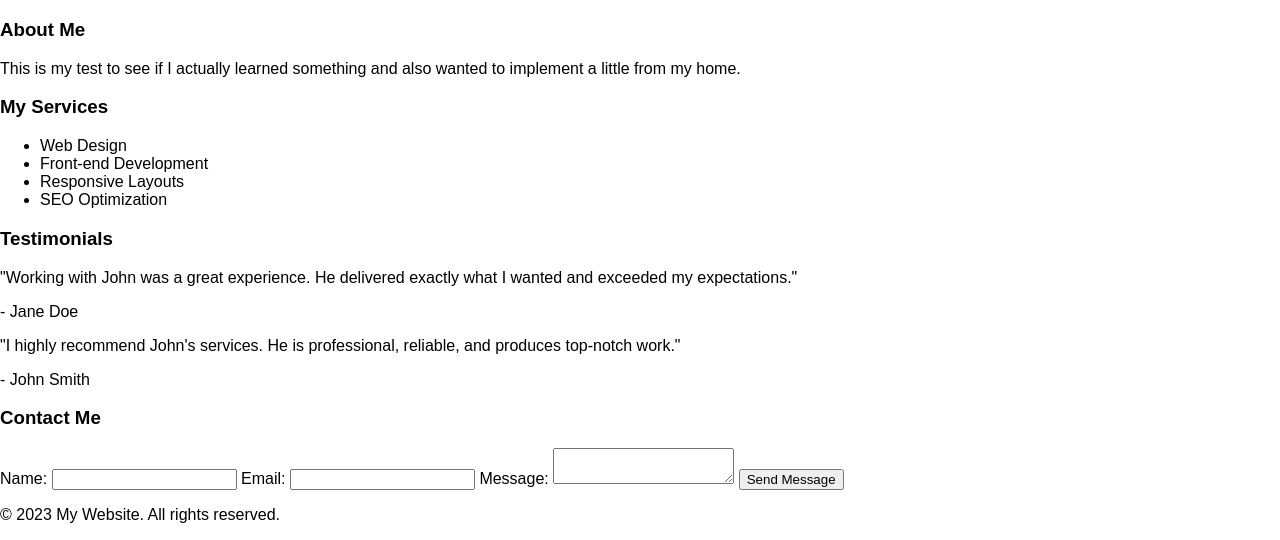
Repository: HeliosAI9/First-test-website
Page: mywebsite/index.html
The author's editor kept a copy of each file at every save. The page is drawn from the files as they stood at one save, then again after the next save.
The browser window is 1280 px wide. The pictures show the part of the page from y = 1032 to 1572 px (the page is 1572 px tall before and 1529 px after).

Above is the page before, as saved 2023-07-03 21:33:21.
Console error: TypeError: Cannot read properties of null (reading 'addEventListener')

### mywebsite/index.html
<!DOCTYPE html>
<html lang="en">
<head>
  <meta charset="UTF-8">
  <meta http-equiv="X-UA-Compatible" content="IE=edge">
  <meta name="viewport" content="width=device-width, initial-scale=1.0">
  <title>Your Website Title</title>
  <link rel="stylesheet" href="style.css">
  <script src="first.js"></script>
</head>
<body>
  <section class="hero">
    <h1 class="hero-title">Puerto Rico Website</h1>
    <p class="hero-subtitle">Discover the Best of Web Development</p>
    <a href="#" class="hero-button">Get Started</a>
  </section>

  <div class="backgroundContainer">
    <video id="background" muted autoplay loop>
        <source src="resources/pexels-deeana-arts-14702977 (2160p).mp4" type="video/mp4">
    </video>

    <audio id="backgroundMusic" class="bgm" src="resources/touhouBackgroundMusicMixed.mp3" loop onclick="audioController()"></audio>
  </div>

  <div class="headerBar">
    <div class="leftBarContainer">
        <a class="logoContainer" href=".">
          <div class="logoImage">
            Viequez
          </div>
          <div class="logoImageContainer">
            <img class="logoImage" src="resources/pexels-jo-kassis-4633495.jpg" alt="Logo">
          </div>
        </a>
        <img id="audioController" src="resources/audioControllerOn.png" onclick="audioController(); imageChange();" />
    </div>
    <div class="sourceContainer">
      <button class="link" onclick="showOrHide()">Sources</button>
      <div class="dropdownContent">
        <div class="aboutCopyright">
          aboutCopyright
        </div>
      </div>
      <br>
      <div class="sourceC">First background author (MerlimAmbrosuis): <a class="sourcesLink" href="https://www.pixiv.net/en/users/25088958/illustrations" target="_blank">https://www.pixiv.net/en/users/25088958/illustrations</a></div>
      <br>
      <div class="sourceC">First background source: <a class="sourcesLink" href="https://www.youtube.com/watch?v=7zG87aNNf20&list=PL_mGxmgVfH1ORtai56pXbkWdlfRjcl1K2&index=21" target="_blank">https://www.youtube.com/watch?v=7zG87aNNf20&list=PL_mGxmgVfH1ORtai56pXbkWdlfRjcl1K2&index=21</a> | Channel that primarily uploads open source animated backgrounds</div>
      <br>
      <div class="sourceC">"Reimu be sweepin" author (ryosios): <a class="sourcesLink" href="https://www.pixiv.net/en/users/1508165" target="_blank">https://www.pixiv.net/en/users/1508165</a> | His art can be used if it isn't for commercial purposes and is credited appropriately.</div>
      <br>
      <div class="sourceC">Second background author (ryosios): <a class="sourcesLink" href="https://www.pixiv.net/en/users/1508165" target="_blank">https://www.pixiv.net/en/users/1508165</a></div>
      <br>
      <div class="sourceC">First music author (Dropの小屋): <a class="sourcesLink" href="https://www.muxiv.net/artist/159840" target="_blank">https://www.muxiv.net/artist/159840</a> | Can be listened from the first music in the album</div>
      <br>
      <div class="sourceC">Second music author (まいなすいょん): <a class="sourcesLink" href="https://twitter.com/minusiyon" target="_blank">https://twitter.com/minusiyon</a></div>
      <br>
      <div class="sourceC">Second music source: <a class="sourcesLink" href="https://www.youtube.com/watch?v=kUH6dLxa4xo&list=PLzjkiYUjXueukuu7iUy5lPCueWz8a7Tpg&index=23" target="_blank">https://www.youtube.com/watch?v=kUH6dLxa4xo&list=PLzjkiYUjXueukuu7iUy5lPCueWz8a7Tpg&index=23</a></div>
      <br>
      <div class="dm">If you have any concerns about the availability of any of the content here, please message me on discord | Lyrenide#3493</div>
    </div>
    <div class="rightBarContainer">
      <div class = "rightBarStuff">
        <a class = "about hamburgerStuff" href = "#">About</a>
        <img class = "separator hamburgerStuff" src = "resources/glowySquare.png">
        <a class = "characters hamburgerStuff" href = "#">Characters</a>
        <img class = "separator hamburgerStuff" src = "resources/glowySquare.png">
        <a class = "music hamburgerStuff" href = "#">FAQ</a>
        <img class = "separator hamburgerStuff" src = "resources/glowySquare.png">
        <a class = "contact hamburgerStuff" href = "#">Contact</a>
    </div>
    <div class = "menuHamburger"><div class = "menuHamburgerBtn"></div></div>
    </div>
  </div>

  <div class="layer1">
    <h3>About Me</h3>
    <p>This is my test to see if I actually learned something and also wanted to implement a little from my home.</p>
  </div>

  <div class="layer2">
    <h3>My Services</h3>
    <ul>
      <li>Web Design</li>
      <li>Front-end Development</li>
      <li>Responsive Layouts</li>
      <li>SEO Optimization</li>
    </ul>
  </div>

  <div class="layer3">
    <h3>Testimonials</h3>
    <div class="testimonial">
      <p>"Working with John was a great experience. He delivered exactly what I wanted and exceeded my expectations."</p>
      <p>- Jane Doe</p>
    </div>
    <div class="testimonial">
      <p>"I highly recommend John's services. He is professional, reliable, and produces top-notch work."</p>
      <p>- John Smith</p>
    </div>
  </div>

  <div class="layer4">
    <h3>Contact Me</h3>
    <form>
      <label for="name">Name:</label>
      <input type="text" id="name" name="name" required>

      <label for="email">Email:</label>
      <input type="email" id="email" name="email" required>

      <label for="message">Message:</label>
      <textarea id="message" name="message" required></textarea>

      <button type="submit">Send Message</button>
    </form>
  </div>

  <div class="footerLayer">
    <p>&copy; 2023 My Website. All rights reserved.</p>
  </div>

  <script src="first.js"></script>
</body>
</html>

### mywebsite/style.css
/* Global Styles */

body {
  margin: 0;
  padding: 0;
  font-family: Arial, sans-serif;
}

.container {
  max-width: 1200px;
  margin: 0 auto;
  padding: 20px;
}

/* Header Section */

.hero {
  /* Styles for the hero section */
  text-align: center;
  padding: 3rem 0;
}

.hero-title {
  /* Styles for the hero title */
  font-size: 2.5rem;
  font-weight: bold;
  color: #000;
  margin-bottom: 1rem;
}

.hero-subtitle {
  /* Styles for the hero subtitle */
  font-size: 1.5rem;
  color: #555;
  margin-bottom: 2rem;
}

.hero-button {
  /* Styles for the hero button */
  display: inline-block;
  padding: 1rem 2rem;
  background-color: #555;
  color: #fff;
  text-decoration: none;
  border-radius: 4px;
  font-size: 1.2rem;
  transition: background-color 0.3s ease;
}

.hero-button:hover {
  background-color: #333;
}


/* Background Video */

.backgroundContainer {
  /* Styles for the background container */
  position: relative;
  width: 100%;
  height: 100vh;
  overflow: hidden;
}

#background {
  /* Styles for the background video */
  position: absolute;
  top: 0;
  left: 0;
  width: 100%;
  height: 100%;
  object-fit: cover;
}

.bgm {
  /* Styles for the background music */
  position: absolute;
  top: 1rem;
  right: 1rem;
  width: 35px;
  height: 35px;
  cursor: pointer;
  border-radius: 100%;
  transition: filter 0.3s ease;
}

.bgm:hover {
  filter: brightness(0.8);
}


/* Header Bar */

.headerBar {
  /* Styles for the header bar */
  width: 100%;
  display: flex;
  flex-direction: row;
  justify-content: space-between;
  align-items: center;
  background-color: rgba(0, 0, 0, 0.9);
  text-decoration: none;
  position: fixed;
  top: 0;
  z-index: 9;
}

.logocontainer {
  /* Styles for the logo container */
  display: flex;
  flex-direction: row;
  align-items: center;
}

.logoImageContainer {
  /* Styles for the logo image container */
  display: flex;
  align-items: center;
  margin-right: 0.5em;
}

.logoImage {
  /* Styles for the logo image */
  width: 2em;
}

#audioController {
  /* Styles for the audio controller */
  width: 35px;
  height: 35px;
  cursor: pointer;
  border-radius: 100%;
  margin: 0 1em 0 2em;
}

.sourceContainer {
  /* Styles for the source container */
  color: white;
  position: absolute;
  left: 18em;
}

.link {
  /* Styles for the link */
  border: none;
  background: none;
  color: white;
  cursor: pointer;
  font-size: 1.3em;
  border: 3px solid;
  border-radius: 1em;
  position: relative;
  font-family: "izayoi";
  animation: colorChange 0.75s infinite;
  animation-direction: alternate;
}

.link:hover {
  /* Styles for the link on hover */
  background: white;
}

.dropdowncontent {
  /* Styles for the dropdown content */
  position: absolute;
  left: -18em;
  top: 100%;
  background-color: rgba(0, 0, 0, 0.9);
  padding: 0.75rem;
  border-radius: 0.25rem;
  display: none;
  flex-direction: column;
  width: 30em;
  text-align: center;
  color: white;
}

.sourceC {
  /* Styles for the source content */
  font-size: 1.2em;
  color: rgb(255, 139, 139);
}

.sourcesLink {
  /* Styles for the sources link */
  position: relative;
  color: rgb(98, 148, 255);
  word-wrap: break-word;
}

.dm {
  /* Styles for the message */
  font-size: 1.2em;
  color: rgb(211, 247, 164);
}


/* Right Bar Container */

.rightBarContainer {
  /* Styles for the right bar container */
  position: fixed;
  top: 0;
  right: 0;
  height: 100%;
  display: flex;
  flex-direction: column;
  justify-content: center;
  align-items: center;
  background-color: rgba(0, 0, 0, 0.9);
  padding: 1rem;
  z-index: 9;
}

.rightBarStuff {
  /* Styles for the right bar stuff */
  display: flex;
  flex-direction: column;
  justify-content: center;
  align-items: center;
  margin-bottom: 1rem;
}

.rightBarStuff a {
  /* Styles for the right bar links */
  color: white;
  text-decoration: none;
  font-size: 1.3em;
  margin-bottom: 0.5rem;
}

.separator {
  /* Styles for the separator images */
  width: 1.5em;
  height: 1.5em;
}

.menuHamburger {
  /* Styles for the menu hamburger */
  display: none;
}

.menuHamburgerBtn {
  /* Styles for the menu hamburger button */
  width: 30px;
  height: 25px;
  background-color: transparent;
  border: none;
  position: relative;
  cursor: pointer;
  display: flex;
  flex-direction: column;
  justify-content: space-between;
  padding: 0;
}

.menuHamburgerBtn:before,
.menuHamburgerBtn:after,
.menuHamburgerBtn div {
  /* Styles for the menu hamburger button elements */
  content: "";
  width: 30px;
  height: 3px;
  background-color: white;
  position: absolute;
  transition: transform 0.3s ease;
}

.menuHamburgerBtn:before {
  /* Styles for the top bar of the menu hamburger button */
  transform-origin: top left;
}

.menuHamburgerBtn:after {
  /* Styles for the bottom bar of the menu hamburger button */
  transform-origin: bottom left;
}

.menuHamburgerBtn div {
  /* Styles for the middle bar of the menu hamburger button */
  transform-origin: center;
}

.menuHamburgerBtn.active:before {
  /* Styles for the top bar of the active menu hamburger button */
  transform: rotate(45deg);
}

.menuHamburgerBtn.active:after {
  /* Styles for the bottom bar of the active menu hamburger button */
  transform: rotate(-45deg);
}

.menuHamburgerBtn.active div {
  /* Styles for the middle bar of the active menu hamburger button */
  transform: scaleX(0);
}

@media screen and (max-width: 768px) {
  .rightBarContainer {
    /* Additional styles for the right bar container on smaller screens */
    width: 100%;
    height: auto;
    bottom: 0;
    flex-direction: row;
    justify-content: space-around;
    padding: 1rem 0;
  }

  .rightBarStuff {
    /* Additional styles for the right bar stuff on smaller screens */
    flex-direction: row;
    margin-bottom: 0;
  }

  .menuHamburger {
    /* Additional styles for the menu hamburger on smaller screens */
    display: block;
  }
}


/* Main Content Sections */

/* Layer 1 Section */

.layer1 {
  /* Styles for the Layer 1 section */
  position: relative;
}

.layer1 h3 {
  /* Styles for the Layer 1 heading */
}

.layer1 p {
  /* Styles for the Layer 1 paragraph */
}


/* Layer 2 Section */

.layer2 {
  /* Styles for the Layer 2 section */
}

.layer2 h3 {
  /* Styles for the Layer 2 heading */
}

.layer2 ul {
  /* Styles for the Layer 2 unordered list */
}

.layer2 li {
  /* Styles for the Layer 2 list items */
}


/* Layer 3 Section */

.layer3 {
  /* Styles for the Layer 3 section */
}

.layer3 h3 {
  /* Styles for the Layer 3 heading */
}

.testimonial {
  /* Styles for the testimonial section */
}

.testimonial p {
  /* Styles for the testimonial paragraphs */
}


/* Layer 4 Section */

.layer4 {
  /* Styles for the Layer 4 section */
}

.layer4 h3 {
  /* Styles for the Layer 4 heading */
}

.layer4 form {
  /* Styles for the form */
}

.layer4 label {
  /* Styles for the form labels */
}

.layer4 input,
.layer4 textarea {
  /* Styles for the form inputs and textareas */
}

.layer4 button[type="submit"] {
  /* Styles for the submit button */
}


/* Footer Section */

.footerLayer {
  /* Styles for the footer layer */
}

.footerLayer p {
  /* Styles for the footer text */
}

/* Additional Styles */

.updateContainer {
  /* Styles for the update container */
}

.h {
  /* Styles for the heading */
}

/* About Section */

.layer1 {
  /* Styles for the layer1 section */
}

.layer1 h3 {
  /* Styles for the heading within layer1 */
}

.layer1 p {
  /* Styles for the paragraph within layer1 */
}

/* Services Section */

.layer2 {
  /* Styles for the layer2 section */
}

.layer2 h3 {
  /* Styles for the heading within layer2 */
}

.layer2 ul {
  /* Styles for the unordered list within layer2 */
}

.layer2 li {
  /* Styles for the list items within layer2 */
}

/* Testimonials Section */

.layer3 {
  /* Styles for the layer3 section */
}

.layer3 h3 {
  /* Styles for the heading within layer3 */
}

.testimonial {
  /* Styles for the testimonial section within layer3 */
}

.testimonial p {
  /* Styles for the paragraphs within the testimonial section */
}

/* Contact Section */

.layer4 {
  /* Styles for the layer4 section */
}

.layer4 h3 {
  /* Styles for the heading within layer4 */
}

.layer4 form {
  /* Styles for the form within layer4 */
}

.layer4 label {
  /* Styles for the labels within the form */
}

.layer4 input,
.layer4 textarea {
  /* Styles for the input fields and textarea within the form */
}

.layer4 button[type="submit"] {
  /* Styles for the submit button within the form */
}

/* Footer Section */

.footerLayer {
  /* Styles for the footer layer */
}

.footerLayer p {
  /* Styles for the paragraphs within the footer layer */
}

### mywebsite/first.js
const audio = document.getElementById("backgroundMusic");

const audioQuery = document.querySelector("audio");
window.addEventListener("DOMContentLoaded", event => {
  audioQuery.volume = 1;
  audioQuery.play();
});

function audioController() {
  if (!audio.paused) {
    audio.pause();
  } else {
    audio.play();
  }
}

let imageTracker = "i";
function imageChange() {
  const image = document.getElementById("audioController");

  if (imageTracker === "i") {
    image.src = "resources/audioControllerOff.png";
    imageTracker = "I";
  } else {
    image.src = "resources/audioControllerOn.png";
    imageTracker = "i";
  }
}

const menuBtn = document.querySelector('.menuHamburger');
let menuOpen = false;
menuBtn.addEventListener('click', () => {
  if (!menuOpen) {
    menuBtn.classList.add('open');
    menuOpen = true;
  } else {
    menuBtn.classList.remove('open');
    menuOpen = false;
  }
});

const list = document.querySelector('.rightBarStuff');
menuBtn.addEventListener('click', () => {
  list.classList.toggle('show');
});

const dropdownContent = document.querySelector(".dropdownContent");
function showDropdown() {
  dropdownContent.style.display = "flex";
}

function hideDropdown() {
  dropdownContent.style.display = "none";
}

function toggleDropdown() {
  if (dropdownContent.style.display === "none") {
    showDropdown();
  } else {
    hideDropdown();
  }
}

After the next save:
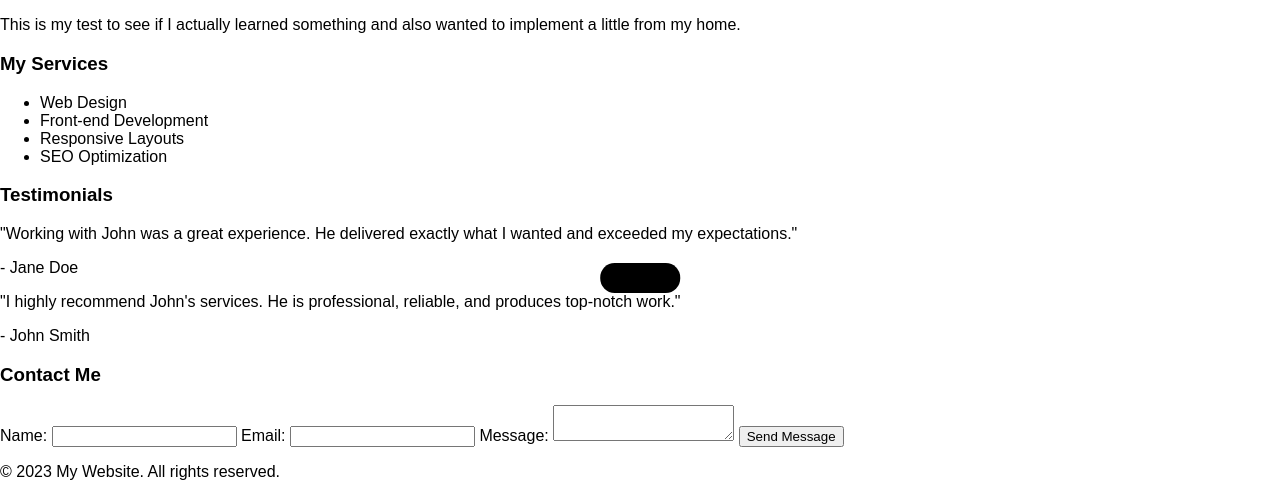
Saved 39 s later.
--- a/mywebsite/style.css
+++ b/mywebsite/style.css
@@ -331,6 +331,17 @@ body {
 
 .layer1 h3 {
   /* Styles for the Layer 1 heading */
+  font-size: 0.9em;
+    position: absolute;
+    bottom: -19em;
+    left: 50%;
+    transform: translateX(-50%);
+    background: black;
+    padding: 7px;
+    border-radius: 1em;
+    display: flex;
+    flex-direction: column;
+    text-align: center;
 }
 
 .layer1 p {
